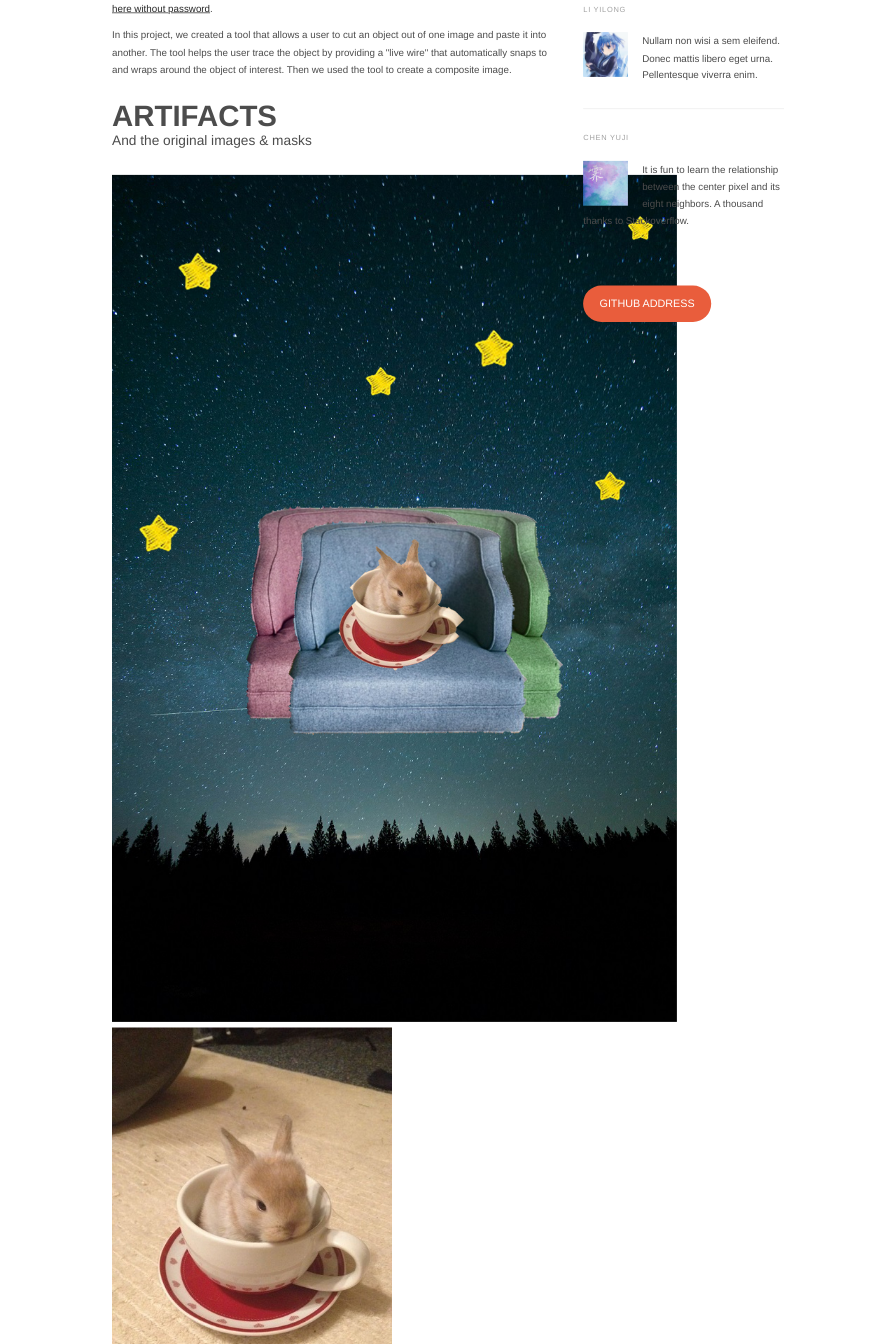
Repository: enderloong/face_detector_msbd6000C
Page: html_report/project1.html
The author's editor kept a record of every edit. The page is drawn from the files as they stood at one moment, then again after the next edit.
The browser window is 1280 px wide. The pictures show the part of the page from y = 747 to 2667 px (the page is 12386 px tall before and 12410 px after), at 70% of full size.
Some web libraries are served in a nearby version.

Above is the page before.

After the next edit:
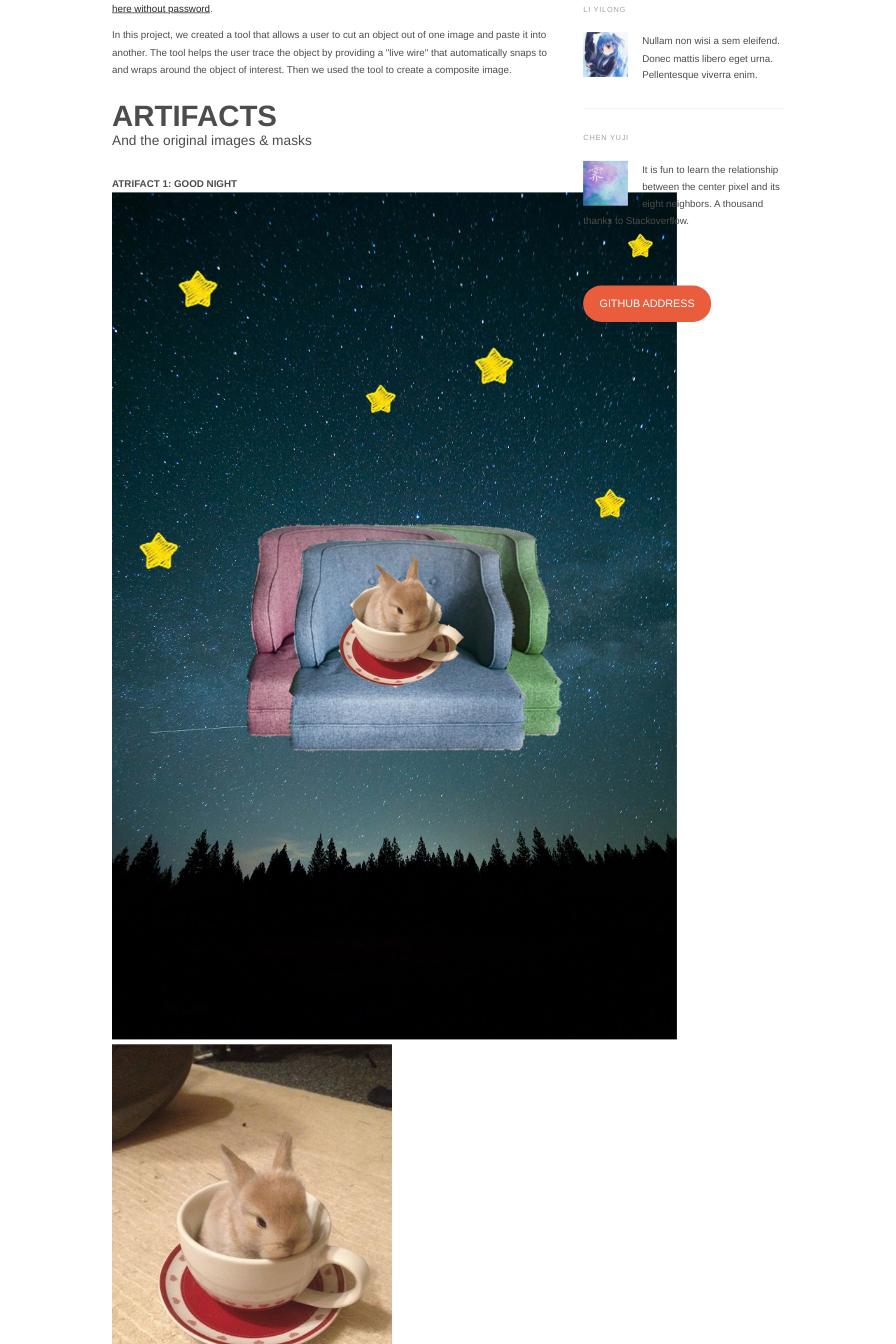
The edit:
--- a/html_report/project1.html
+++ b/html_report/project1.html
@@ -62,6 +62,7 @@
 								<h2>Artifacts</h2>
 								<span class="byline">And the original images & masks</span>
 							</header>
+							<h1>Atrifact 1: Good Night</h1>
 							<img src="images/artifact.jpg" alt="" />
 							<img src="images/tumblr_ofqt4vdxgz1sdrnfzo1_1280.jpg" width=400 alt="" />
 							<img src="images/bunny.png" width=400 alt="" />
